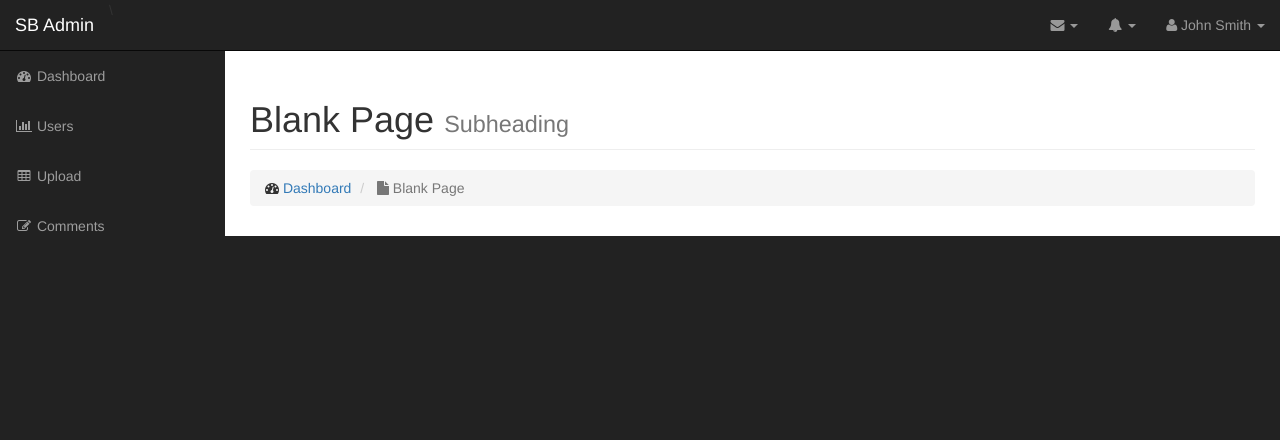
Repository: Dennis-star1001/PHP_OOP
Page: http://localhost/admin/user.php
These files come from the project's save history. The page is drawn as it stood at one moment and after the next save; the edit follows.
The browser window is 1280 px wide. The pictures show the whole page.
The page is run by PHP 8.4 with error messages shown; the project is at /var/www/html/.

Above is the page before, as saved 2022-07-12 22:36:38.

### admin/user.php
<?php include("includes/header.php"); ?>

<!-- Navigation -->
<nav class="navbar navbar-inverse navbar-fixed-top" role="navigation">\

    <!-- Brand and toggle get grouped for better mobile display -->
    <?php include("includes/top_nav.php") ?>

    <!-- Sidebar Menu Items - These collapse to the responsive navigation menu on small screens -->
    <?php include("includes/side_nav.php") ?>

    <!-- /.navbar-collapse -->
</nav>







<div id="page-wrapper">

   <?php include("includes/admin_content.php")?>
    <!-- /.container-fluid -->

</div>
<!-- /#page-wrapper -->

<?php include("includes/footer.php"); ?>

### admin/includes/header.php
<!DOCTYPE html>
<html lang="en">

<head>

    <meta charset="utf-8">
    <meta http-equiv="X-UA-Compatible" content="IE=edge">
    <meta name="viewport" content="width=device-width, initial-scale=1">
    <meta name="description" content="">
    <meta name="author" content="">

    <title>SB Admin - Bootstrap Admin Template</title>

    <!-- Bootstrap Core CSS -->
    <link href="css/bootstrap.min.css" rel="stylesheet">

    <!-- Custom CSS -->
    <link href="css/sb-admin.css" rel="stylesheet">

    <!-- Custom Fonts -->
    <link href="font-awesome/css/font-awesome.min.css" rel="stylesheet" type="text/css">

    <!-- HTML5 Shim and Respond.js IE8 support of HTML5 elements and media queries -->
    <!-- WARNING: Respond.js doesn't work if you view the page via file:// -->
    <!--[if lt IE 9]>
        <script src="https://oss.maxcdn.com/libs/html5shiv/3.7.0/html5shiv.js"></script>
        <script src="https://oss.maxcdn.com/libs/respond.js/1.4.2/respond.min.js"></script>
    <![endif]-->

</head>

<body>

    <div id="wrapper">

### admin/includes/top_nav.php

            <div class="navbar-header">
                <button type="button" class="navbar-toggle" data-toggle="collapse" data-target=".navbar-ex1-collapse">
                    <span class="sr-only">Toggle navigation</span>
                    <span class="icon-bar"></span>
                    <span class="icon-bar"></span>
                    <span class="icon-bar"></span>
                </button>
                <a class="navbar-brand" href="index.html">SB Admin</a>
            </div>
            <!-- Top Menu Items -->
            <ul class="nav navbar-right top-nav">
                <li class="dropdown">
                    <a href="#" class="dropdown-toggle" data-toggle="dropdown"><i class="fa fa-envelope"></i> <b class="caret"></b></a>
                    <ul class="dropdown-menu message-dropdown">
                        <li class="message-preview">
                            <a href="#">
                                <div class="media">
                                    <span class="pull-left">
                                        <img class="media-object" src="http://placehold.it/50x50" alt="">
                                    </span>
                                    <div class="media-body">
                                        <h5 class="media-heading">
                                            <strong>John Smith</strong>
                                        </h5>
                                        <p class="small text-muted"><i class="fa fa-clock-o"></i> Yesterday at 4:32 PM</p>
                                        <p>Lorem ipsum dolor sit amet, consectetur...</p>
                                    </div>
                                </div>
                            </a>
                        </li>
                        <li class="message-preview">
                            <a href="#">
                                <div class="media">
                                    <span class="pull-left">
                                        <img class="media-object" src="http://placehold.it/50x50" alt="">
                                    </span>
                                    <div class="media-body">
                                        <h5 class="media-heading">
                                            <strong>John Smith</strong>
                                        </h5>
                                        <p class="small text-muted"><i class="fa fa-clock-o"></i> Yesterday at 4:32 PM</p>
                                        <p>Lorem ipsum dolor sit amet, consectetur...</p>
                                    </div>
                                </div>
                            </a>
                        </li>
                        <li class="message-preview">
                            <a href="#">
                                <div class="media">
                                    <span class="pull-left">
                                        <img class="media-object" src="http://placehold.it/50x50" alt="">
                                    </span>
                                    <div class="media-body">
                                        <h5 class="media-heading">
                                            <strong>John Smith</strong>
                                        </h5>
                                        <p class="small text-muted"><i class="fa fa-clock-o"></i> Yesterday at 4:32 PM</p>
                                        <p>Lorem ipsum dolor sit amet, consectetur...</p>
                                    </div>
                                </div>
                            </a>
                        </li>
                        <li class="message-footer">
                            <a href="#">Read All New Messages</a>
                        </li>
                    </ul>
                </li>
                <li class="dropdown">
                    <a href="#" class="dropdown-toggle" data-toggle="dropdown"><i class="fa fa-bell"></i> <b class="caret"></b></a>
                    <ul class="dropdown-menu alert-dropdown">
                        <li>
                            <a href="#">Alert Name <span class="label label-default">Alert Badge</span></a>
                        </li>
                        <li>
                            <a href="#">Alert Name <span class="label label-primary">Alert Badge</span></a>
                        </li>
                        <li>
                            <a href="#">Alert Name <span class="label label-success">Alert Badge</span></a>
                        </li>
                        <li>
                            <a href="#">Alert Name <span class="label label-info">Alert Badge</span></a>
                        </li>
                        <li>
                            <a href="#">Alert Name <span class="label label-warning">Alert Badge</span></a>
                        </li>
                        <li>
                            <a href="#">Alert Name <span class="label label-danger">Alert Badge</span></a>
                        </li>
                        <li class="divider"></li>
                        <li>
                            <a href="#">View All</a>
                        </li>
                    </ul>
                </li>
                <li class="dropdown">
                    <a href="#" class="dropdown-toggle" data-toggle="dropdown"><i class="fa fa-user"></i> John Smith <b class="caret"></b></a>
                    <ul class="dropdown-menu">
                        <li>
                            <a href="#"><i class="fa fa-fw fa-user"></i> Profile</a>
                        </li>
                        <li>
                            <a href="#"><i class="fa fa-fw fa-envelope"></i> Inbox</a>
                        </li>
                        <li>
                            <a href="#"><i class="fa fa-fw fa-gear"></i> Settings</a>
                        </li>
                        <li class="divider"></li>
                        <li>
                            <a href="#"><i class="fa fa-fw fa-power-off"></i> Log Out</a>
                        </li>
                    </ul>
                </li>
            </ul>

### admin/includes/side_nav.php
<div class="collapse navbar-collapse navbar-ex1-collapse">
    <ul class="nav navbar-nav side-nav">
        <li>
            <a href="index.php"><i class="fa fa-fw fa-dashboard"></i> Dashboard</a>
        </li>
        <li>
            <a href="user.php"><i class="fa fa-fw fa-bar-chart-o"></i> Users</a>
        </li>
        <li>
            <a href="upload.php"><i class="fa fa-fw fa-table"></i> Upload</a>
        </li>
        <li>
            <a href="comment.php"><i class="fa fa-fw fa-edit"></i> Comments</a>
        </li>
    </ul>
</div>

### admin/includes/admin_content.php
 <div class="container-fluid">

        <!-- Page Heading -->
        <div class="row">
            <div class="col-lg-12">
                <h1 class="page-header">
                    Blank Page
                    <small>Subheading</small>
                </h1>
                <ol class="breadcrumb">
                    <li>
                        <i class="fa fa-dashboard"></i> <a href="index.html">Dashboard</a>
                    </li>
                    <li class="active">
                        <i class="fa fa-file"></i> Blank Page
                    </li>
                </ol>
            </div>
        </div>
        <!-- /.row -->

    </div>

### admin/css/sb-admin.css
/*!
 * Start Bootstrap - SB Admin Bootstrap Admin Template (http://startbootstrap.com)
 * Code licensed under the Apache License v2.0.
 * For details, see http://www.apache.org/licenses/LICENSE-2.0.
 */

/* Global Styles */

body {
    margin-top: 100px;
    background-color: #222;
}

@media(min-width:768px) {
    body {
        margin-top: 50px;
    }
}

#wrapper {
    padding-left: 0;
}

#page-wrapper {
    width: 100%;
    padding: 0;
    background-color: #fff;
}

.huge {
    font-size: 50px;
    line-height: normal;
}

@media(min-width:768px) {
    #wrapper {
        padding-left: 225px;
    }

    #page-wrapper {
        padding: 10px;
    }
}

/* Top Navigation */

.top-nav {
    padding: 0 15px;
}

.top-nav>li {
    display: inline-block;
    float: left;
}

.top-nav>li>a {
    padding-top: 15px;
    padding-bottom: 15px;
    line-height: 20px;
    color: #999;
}

.top-nav>li>a:hover,
.top-nav>li>a:focus,
.top-nav>.open>a,
.top-nav>.open>a:hover,
.top-nav>.open>a:focus {
    color: #fff;
    background-color: #000;
}

.top-nav>.open>.dropdown-menu {
    float: left;
    position: absolute;
    margin-top: 0;
    border: 1px solid rgba(0,0,0,.15);
    border-top-left-radius: 0;
    border-top-right-radius: 0;
    background-color: #fff;
    -webkit-box-shadow: 0 6px 12px rgba(0,0,0,.175);
    box-shadow: 0 6px 12px rgba(0,0,0,.175);
}

.top-nav>.open>.dropdown-menu>li>a {
    white-space: normal;
}

ul.message-dropdown {
    padding: 0;
    max-height: 250px;
    overflow-x: hidden;
    overflow-y: auto;
}

li.message-preview {
    width: 275px;
    border-bottom: 1px solid rgba(0,0,0,.15);
}

li.message-preview>a {
    padding-top: 15px;
    padding-bottom: 15px;
}

li.message-footer {
    margin: 5px 0;
}

ul.alert-dropdown {
    width: 200px;
}

/* Side Navigation */

@media(min-width:768px) {
    .side-nav {
        position: fixed;
        top: 51px;
        left: 225px;
        width: 225px;
        margin-left: -225px;
        border: none;
        border-radius: 0;
        overflow-y: auto;
        background-color: #222;
    }

    .side-nav>li>a {
        width: 225px;
    }

    .side-nav li a:hover,
    .side-nav li a:focus {
        outline: none;
        background-color: #000 !important;
    }
}

.side-nav>li>ul {
    padding: 0;
}

.side-nav>li>ul>li>a {
    display: block;
    padding: 10px 15px 10px 38px;
    text-decoration: none;
    color: #999;
}

.side-nav>li>ul>li>a:hover {
    color: #fff;
}

/* Flot Chart Containers */

.flot-chart {
    display: block;
    height: 400px;
}

.flot-chart-content {
    width: 100%;
    height: 100%;
}

/* Custom Colored Panels */

.huge {
    font-size: 40px;
}

.panel-green {
    border-color: #5cb85c;
}

.panel-green .panel-heading {
    border-color: #5cb85c;
    color: #fff;
    background-color: #5cb85c;
}

.panel-green a {
    color: #5cb85c;
}

.panel-green a:hover {
    color: #3d8b3d;
}

.panel-red {
    border-color: #d9534f;
}

.panel-red .panel-heading {
    border-color: #d9534f;
    color: #fff;
    background-color: #d9534f;
}

.panel-red a {
    color: #d9534f;
}

.panel-red a:hover {
    color: #b52b27;
}

.panel-yellow {
    border-color: #f0ad4e;
}

.panel-yellow .panel-heading {
    border-color: #f0ad4e;
    color: #fff;
    background-color: #f0ad4e;
}

.panel-yellow a {
    color: #f0ad4e;
}

.panel-yellow a:hover {
    color: #df8a13;
}

Loaded but not shown: admin/includes/footer.php (common file); admin/css/bootstrap.min.css (library); admin/font-awesome/css/font-awesome.min.css (library); admin/js/jquery.js (library); admin/js/bootstrap.min.js (library)

After the next save:
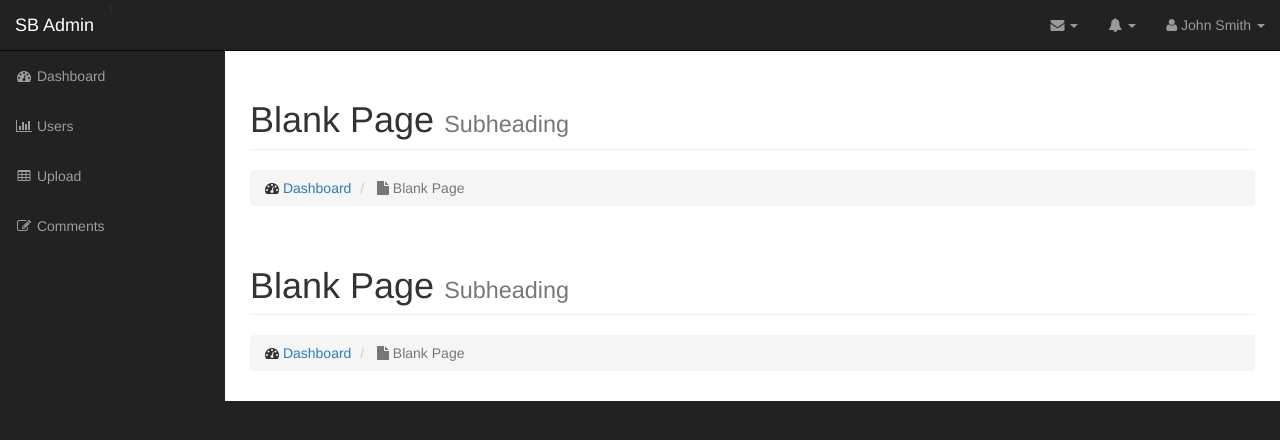
Saved 72 s later.
--- a/admin/user.php
+++ b/admin/user.php
@@ -19,7 +19,28 @@
 
 
 <div id="page-wrapper">
+<div class="container-fluid">
 
+<!-- Page Heading -->
+<div class="row">
+    <div class="col-lg-12">
+        <h1 class="page-header">
+            Blank Page
+            <small>Subheading</small>
+        </h1>
+        <ol class="breadcrumb">
+            <li>
+                <i class="fa fa-dashboard"></i> <a href="index.html">Dashboard</a>
+            </li>
+            <li class="active">
+                <i class="fa fa-file"></i> Blank Page
+            </li>
+        </ol>
+    </div>
+</div>
+<!-- /.row -->
+
+</div>
    <?php include("includes/admin_content.php")?>
     <!-- /.container-fluid -->
 

After the save that followed:
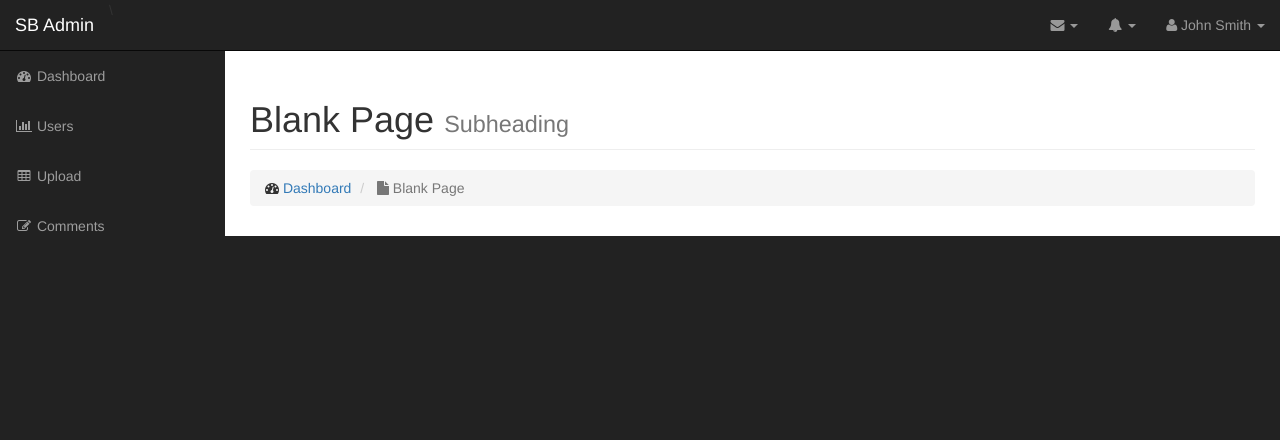
Saved 17 s later.
--- a/admin/user.php
+++ b/admin/user.php
@@ -19,29 +19,29 @@
 
 
 <div id="page-wrapper">
-<div class="container-fluid">
+    <div class="container-fluid">
 
-<!-- Page Heading -->
-<div class="row">
-    <div class="col-lg-12">
-        <h1 class="page-header">
-            Blank Page
-            <small>Subheading</small>
-        </h1>
-        <ol class="breadcrumb">
-            <li>
-                <i class="fa fa-dashboard"></i> <a href="index.html">Dashboard</a>
-            </li>
-            <li class="active">
-                <i class="fa fa-file"></i> Blank Page
-            </li>
-        </ol>
+        <!-- Page Heading -->
+        <div class="row">
+            <div class="col-lg-12">
+                <h1 class="page-header">
+                    Blank Page
+                    <small>Subheading</small>
+                </h1>
+                <ol class="breadcrumb">
+                    <li>
+                        <i class="fa fa-dashboard"></i> <a href="index.html">Dashboard</a>
+                    </li>
+                    <li class="active">
+                        <i class="fa fa-file"></i> Blank Page
+                    </li>
+                </ol>
+            </div>
+        </div>
+        <!-- /.row -->
+
     </div>
-</div>
-<!-- /.row -->
 
-</div>
-   <?php include("includes/admin_content.php")?>
     <!-- /.container-fluid -->
 
 </div>
